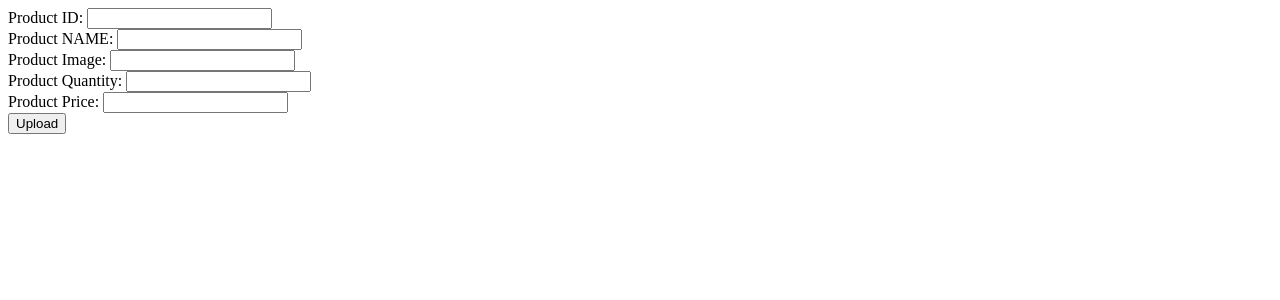
Repository: saikrishnaDsk/DelNex4D
Page: http://localhost/sprhibboot/views/Products.jsp
An editor plug-in stored every save of this project. The page is shown before and after the next save, followed by the edit.
The browser window is 1280 px wide. The pictures show the whole page.
The page is served by Tomcat 9. Other server files are loaded and not shown.

Above is the page before, as saved 2020-01-15 11:33:39.

### Finalapplication/sprhibboot/src/main/webapp/views/Products.jsp
<%@ page language="java" contentType="text/html; charset=ISO-8859-1"
    pageEncoding="ISO-8859-1"%>
<!DOCTYPE html>
<html>
<head>
<meta charset="ISO-8859-1">
<title>Products</title>
</head>
<body>
<form action="saveProduct">
Product ID: <input type="text" name="pid"><br>
Product NAME: <input type="text" name="name"><br>
Product Image: <input type="text" name="image"><br>
Product Quantity: <input type="text" name="quantity"><br>
Product Price: <input type="text" name="price"><br>
				<input type="submit" value="Upload">
</form>
</body>
</html>

After the next save:
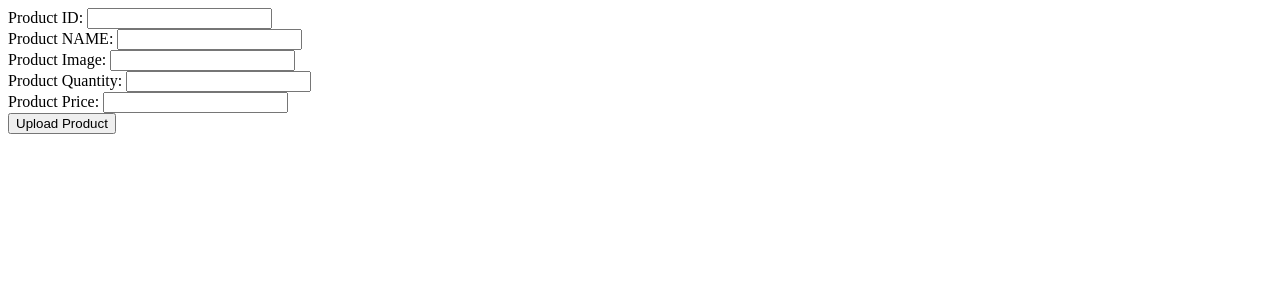
Saved 6 s later.
--- a/Finalapplication/sprhibboot/src/main/webapp/views/Products.jsp
+++ b/Finalapplication/sprhibboot/src/main/webapp/views/Products.jsp
@@ -13,7 +13,7 @@ Product NAME: <input type="text" name="name"><br>
 Product Image: <input type="text" name="image"><br>
 Product Quantity: <input type="text" name="quantity"><br>
 Product Price: <input type="text" name="price"><br>
-				<input type="submit" value="Upload">
+				<input type="submit" value="Upload Product">
 </form>
 </body>
 </html>
